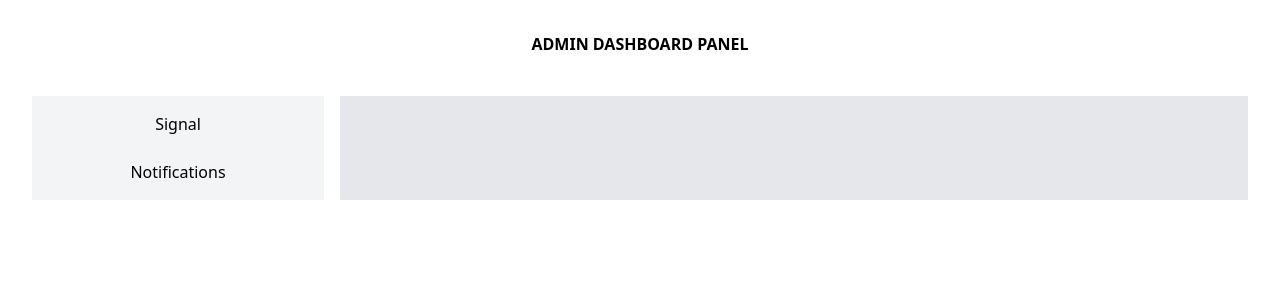
Repository: RahmanRakib9/Aurora-client-side
Page: /
These files come from the project's save history. The page is drawn as it stood at one moment and after the next save; the edit follows.
The browser window is 1280 px wide. The pictures show the whole page.
The project was rebuilt for these pictures with package versions that can differ from the ones it lists, and the page was loaded fresh each time. Also part of the build but not shown: vite.config.js, src/components/home/Sidebar.jsx, src/components/home/Signal.jsx, src/components/home/Notification.jsx.

Above is the page before, as saved 2023-05-12 22:48:02.

After the next save:
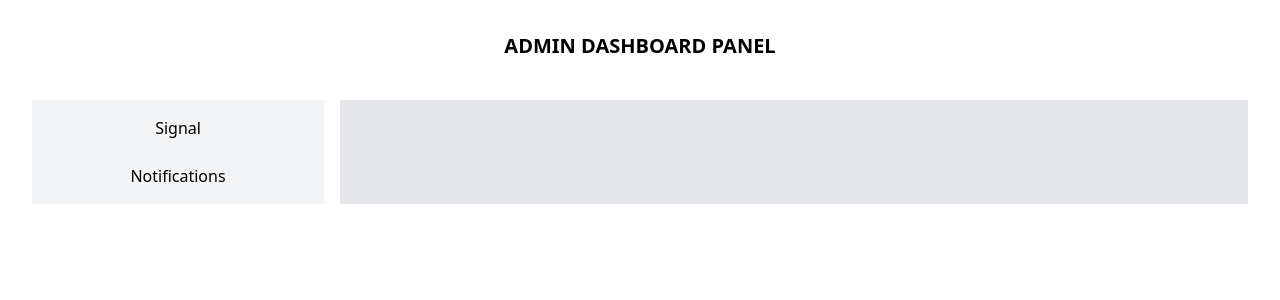
Saved 16 min 15 s later.
--- a/src/components/home/Home.jsx
+++ b/src/components/home/Home.jsx
@@ -5,7 +5,7 @@ import { Link, NavLink, Outlet } from "react-router-dom";
 const Home = () => {
   return (
     <div>
-      <h1 className="font-bold text-center">ADMIN DASHBOARD PANEL</h1>
+      <h1 className="font-bold text-center text-xl">ADMIN DASHBOARD PANEL</h1>
       <div className="grid grid-cols-8 gap-4 mt-10">
         <div className="col-span-8 md:col-span-2 bg-gray-100 p-4">
           <NavLink
